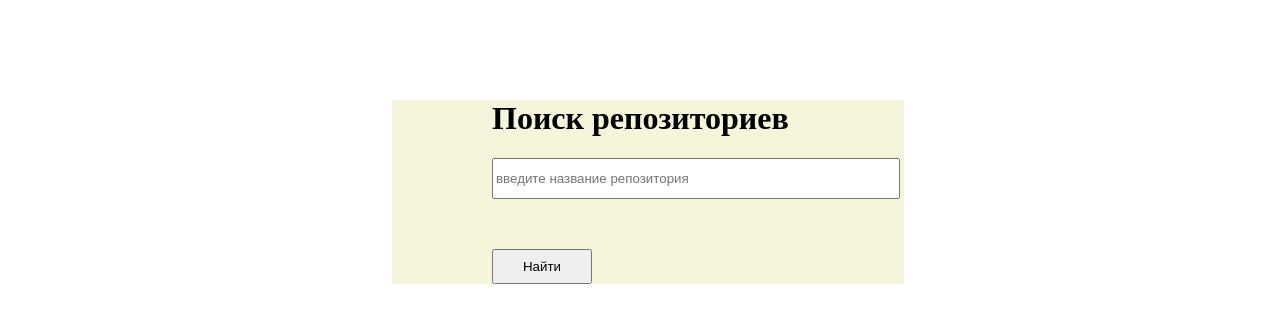
Repository: Grid-Master/repositoriesSearch
Page: index.html
An editor plug-in stored every save of this project. The page is shown before and after the next save, followed by the edit.
The browser window is 1280 px wide. The pictures show the whole page.

Above is the page before, as saved 2023-03-06 01:00:27.

After the next save:
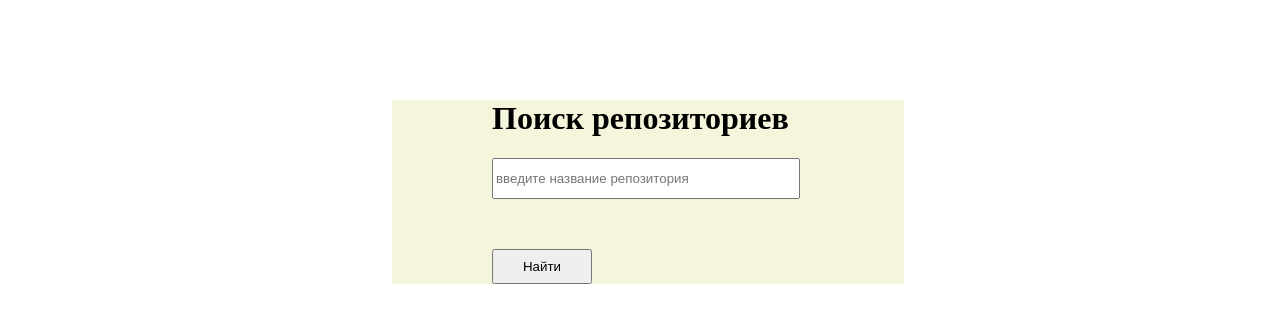
Saved 25 s later.
--- a/index.html
+++ b/index.html
@@ -15,7 +15,7 @@
         height: 35px;
       }
       input {
-        width: 400px;
+        width: 300px;
         height: 35px;
         margin-bottom: 50px;
         margin-right: 30px;
